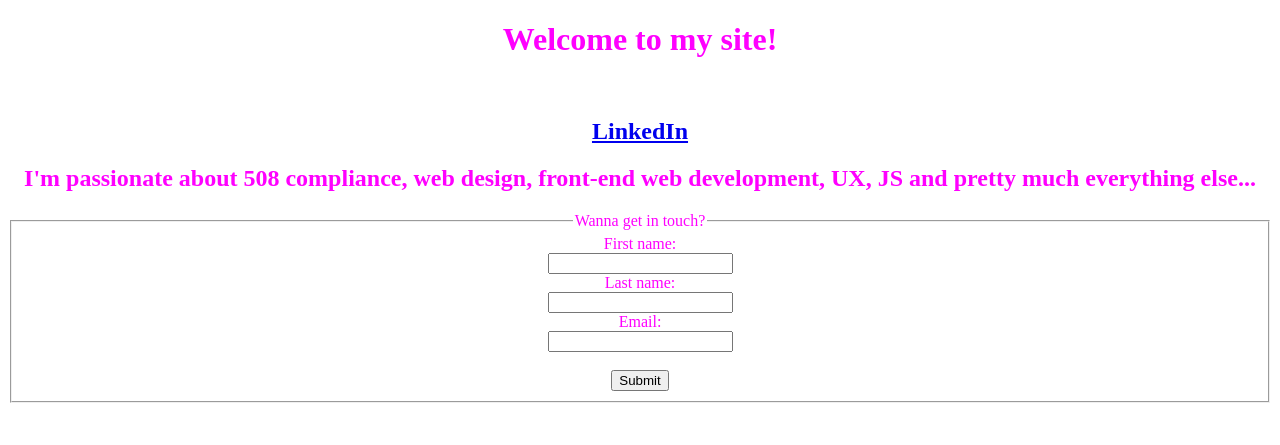
Repository: jasvr/jasvr.io
Page: index.html
These files come from the project's save history. The page is drawn as it stood at one moment and after a run of saves; the edit follows.
The browser window is 1280 px wide. The pictures show the whole page.

Above is the page before, as saved 2020-01-10 14:34:11.

After the next 4 saves:
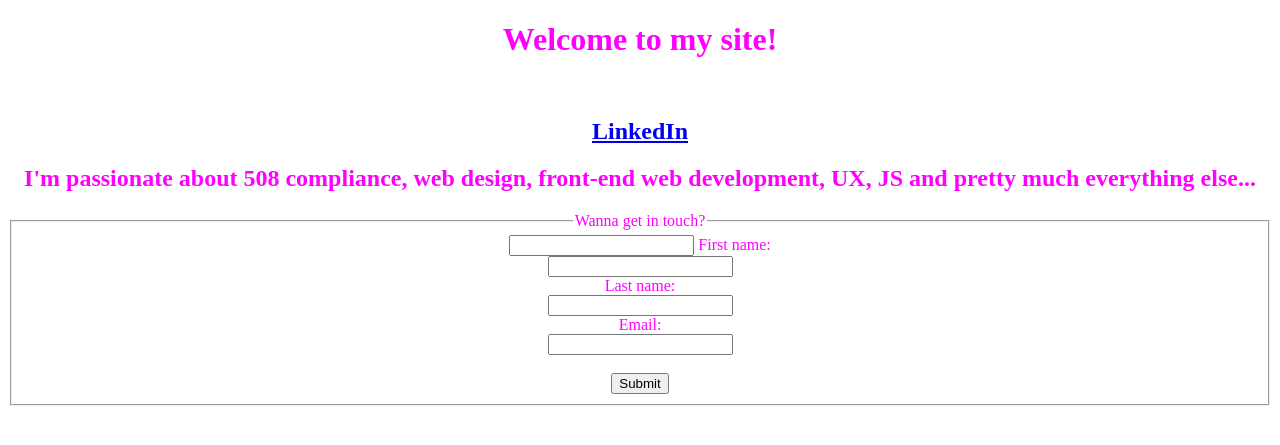
The 4 saves are shown as one change because they came seconds apart.
The last was saved 28 s later.
--- a/index.html
+++ b/index.html
@@ -16,7 +16,7 @@
     <fieldset>
         <legend>Wanna get in touch?</legend>
         <div>
-
+            <input type="text"
         </div>
         First name:<br>
         <input type="text" name="firstname"><br>
